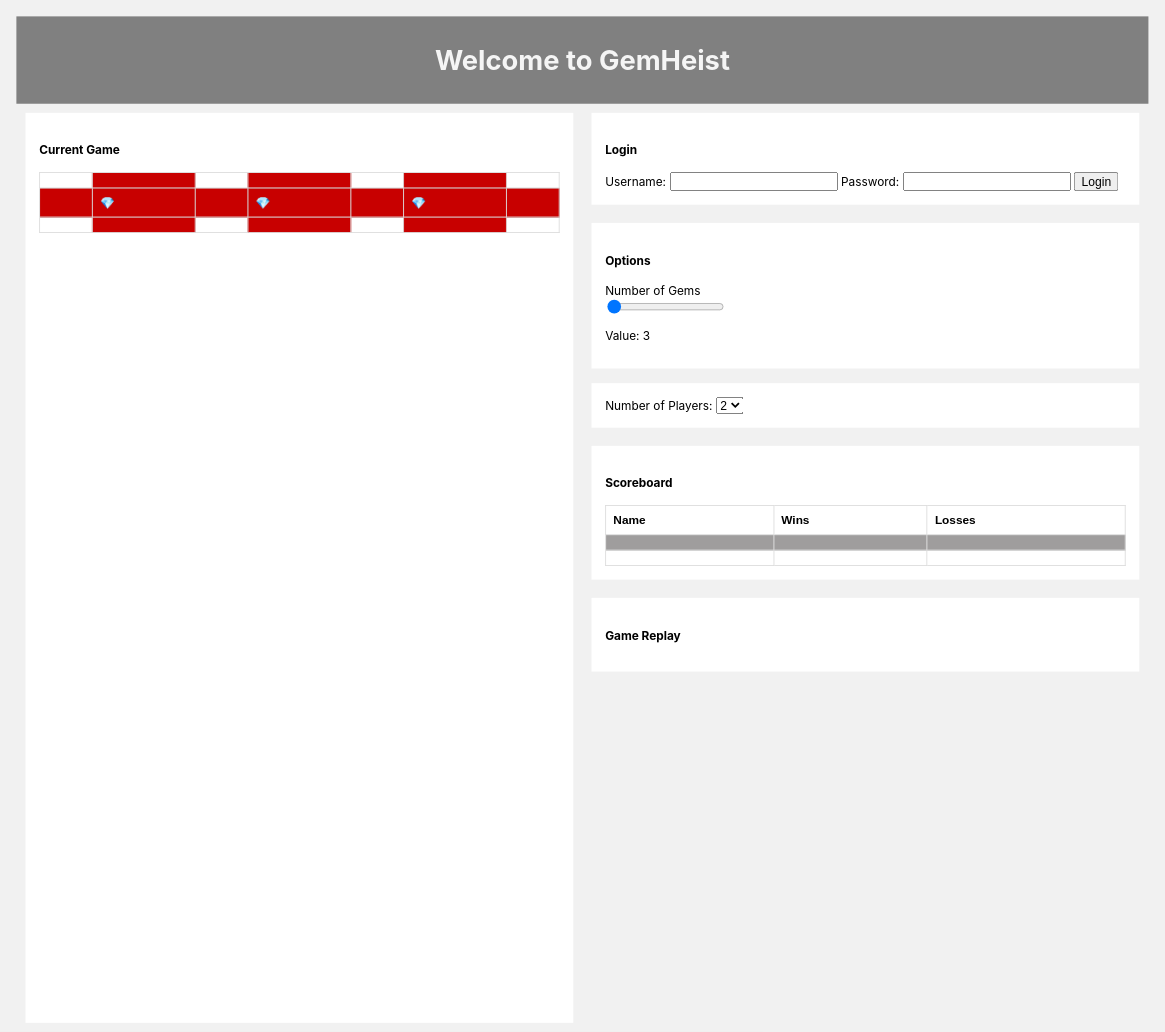
Repository: komalharjani/Gem-Heist
Page: board.html
The author's editor kept a copy of each file at every save. The page is drawn from the files as they stood at one save, then again after the next save.
The browser window is 1280 px wide. The pictures show the whole page, at 91% of full size.

Above is the page before, as saved 2020-04-09 13:00:22.

### board.html
<!DOCTYPE html>
<html>

<head>
    <link rel="stylesheet" href="style.css">
</head>

<body>
    <!--Header-->
    <div class="header">
        <h2>Welcome to GemHeist</h2>
    </div>

    <!--Current Game-->
    <div class="centercolumn">
        <div class="card" style="height:1000px">
            <h4 id="gameTitle">Current Game</h4>
            <div class="yaks" id="game">
            </div>
        </div>
    </div>
    <!--Login -->
    <div class="centercolumn" id="scoreboard">
        <div class="card">
            <h4>Login</h4>
            <div class="yaks">
                <label for="fname">Username:</label>
                <input type="text" id="fname" name="fname">
                <label for="lname">Password:</label>
                <input type="text" id="lname" name="lname">
                <input type="submit" value="Login">
            </div>
        </div>
    </div><br>
    </div>

    <!--Options -->
    <div class="rightcolumn">
        <div class="card">
            <h4>Options</h4>
            <div class="yaks">
                <div class="slidecontainer">
                    <label for="myRange">Number of Gems</label></br>
                    <input type="range" min="3" max="20" value="3" class="slider" id="myRange">
                    <p>Value: <span id="demo"></span></p>
                </div>
            </div>
                <script>
                    var slider = document.getElementById("myRange");
                    var output = document.getElementById("demo");
                    output.innerHTML = slider.value;
                    document.getElementById("myRange").step = "3";
                    slider.oninput = function () {
                        output.innerHTML = this.value;
                    }
                </script>
            </div></br>
            <div class="card">
                <div class="yaks">
                    <label for="noPlayers">Number of Players:</label>
                    <select id="noPlayers">
                        <option value="2">2</option>
                        <option value="3">3</option>
                        <option value="4">4</option>
                        <option value="5">5</option>
                    </select>
                </div>
            </div>
    </div><br>
    </div>

    <!--Scoreboard - change to dynamic -->
    <div class="rightcolumn">
        <div class="card">
            <h4>Scoreboard</h4>
            <div class="yaks" id="scoreboard">
                <table>
                    <tr>
                        <th>Name</th>
                        <th>Wins</th>
                        <th>Losses</th>
                    </tr>
                    <tr>
                        <td> </td>
                        <td> </td>
                        <td> </td>
                    </tr>
                    <tr>
                        <td> </td>
                        <td> </td>
                        <td> </td>
                    </tr>
                </table>

            </div>
        </div>
    </div><br>
    </div>

    <!--Scoreboard -->
    <div class="rightcolumn">
        <div class="card">
            <h4>Game Replay</h4>
            <div class="yaks">
                <!--Content Here-->
            </div>
        </div>
    </div><br>
    </div>



    <!--JAVASCRIPT -->
    <script src="model_Board.js"></script>
</body>

</html>

### style.css
* {
    box-sizing: border-box;
  }

  /* Add a gray background color with some padding */
  body {
    font-family: -apple-system, BlinkMacSystemFont, 'Segoe UI', Roboto, Oxygen, Ubuntu, Cantarell, 'Open Sans', 'Helvetica Neue', sans-serif;
    padding: 10px;
    background: #f1f1f1;
    font-size: 13px;
  }
  table {
    font-family: arial, sans-serif;
    border-collapse: collapse;
    width: 100%;
  }

  td, th {
    border: 1px solid #dddddd;
    text-align: left;
    padding: 8px;
  }

  tr:nth-child(even) {
    background-color: #dddddd;
  }
  /* Header Title */
  .header {
    padding: 5px;
    font-size: 20px;
    text-align: center;
    background: grey;
    color: whitesmoke;
  }

  .login {
    width:300px;
    height:150px;
    position: fixed;
    top: 50%;
    left: 50%;
    margin-top: -125px;
    margin-left: -150px;
  }


  /* Alerts and Gems */

  .gem {
    background-color: white;
    justify-content: center;
  }

  .gem:hover {
    background-color: rgb(240, 240, 240);
  }

  .alarm {
    background-color: rgb(200, 0, 0);
  }

  .white {
    background-color: white;
  }

  .empty {
    background-color: white;
  }

  .alarm:hover {
    background-color: rgb(136, 0, 0);
  }

  /* Split Screen into Columns */

  .rightcolumn {
    float: right;
    width: 50%;
    padding: 10px;
  }

  .centercolumn {
    float: left;
    width: 50%;
    padding: 10px;
  }

  .box {
    background-color: whitesmoke;
    width: 100%;
    padding: 15px;
  }

  .voteFilter {
    background-color: black;
    width: 100%;
    padding: 15px;
  }

  .card {
     background-color: white;
     padding: 15px;
  }

  .row:after {
    content: "";
    display: table;
    clear: both;
  }

  /* Footer */
  .footer {
    padding: 20px;
    text-align: center;
    background: #ddd;
    margin-top: 20px;
  }

  /* Responsive layout - when the screen is less than 800px wide, make the two columns stack on top of each other instead of next to each other */
  @media screen and (max-width: 800px) {
    .leftcolumn, .rightcolumn {
      width: 100%;
      padding: 0;
    }
  }

  tr:nth-child(even) {
    background-color: #3b37377c;
  }

### model_Board.js
/**
 * Variables
 */
const width = 7;
var gemChar = '&#128142';
var noGems = document.getElementById("myRange").value;
height = (2 / 3 * noGems) + 1;

/**
 * Declare Arrays for Drawing Board...
 */
var pieces = [];
for (var i = 0; i < height; i++) {
    pieces[i] = [];
}

var currState = [];
for (var i = 0; i < height; i++) {
    currState[i] = [];
    for(var j=0; j < width; j++) {
        currState[i].push(true);
    }
}
console.log(currState);

//array of state of board


/**
 * Function to Draw Board
 */
//synchronise with model
//if true draw alarm else draw
function drawBoard() {
    //Create rows and tables according to specified height and width
    var table = document.createElement("table");
    for (var i = 0; i < height; i++) { //loop through height
        var row = document.createElement('tr'); //create rows for each height
        for (var j = 0; j < width; j++) { //loop through width
            var cell = document.createElement('td'); //create columns for each width
            pieces[i].push(cell);
            cell.setAttribute("row", i);
            cell.setAttribute("col", j);

            //Identify Gem Cells
            if (currState[i][j] == true) {
            if (j % 2 && i % 2) {
                cell.innerHTML = gemChar;
                cell.className = "gem";
                //example - move out later to follow after alarm captured
                cell.addEventListener('click', function (event) { //disable after clicked + how to pass row and col
                    //this.innerHTML = "name";
                })
            }
        }
            //Identify Alarms
            if (currState[i][j] == true && (j % 2 || i % 2)){
                 if (j % 2 || i % 2) {
                cell.className = "alarm";
                cell.addEventListener('click', function (event) { //disable after clicked + how to pass row and col
                    this.className = "white";
                    captureAlarm(this);
                    event.preventDefault();
                })
                 }
            else {
                cell.className = "white";
            }
        }
            row.appendChild(cell);
        }
        table.appendChild(row);
    }
    document.body.appendChild(table);

    //display in this div
    let divContainer = document.getElementById("game");
    divContainer.innerHTML = "";
    divContainer.appendChild(table);
}

console.log(currState);

drawBoard();

//free of HTML elements
function captureAlarm() {
    let currRow = event.target.getAttribute("row"); //curr row
    let currCol = event.target.getAttribute("col"); //curr col
    let alarmsAroundEvent = [];
    let gemsFound = [];
    let leftCell;
    let rightCell;
    let upCell;
    let downCell;
    let one = 1;
    let alarmsAroundGemsFound = [];

    currState[currRow][currCol] = (false); //bind false to cell.className = "white";
    //add move to replay

    if (currRow - 1 >= 0) {
        upCell = pieces[currRow - 1][currCol];
        alarmsAroundEvent.push(upCell);
    } if (currCol - 1 >= 0) {
        leftCell = pieces[currRow][currCol - 1];
        alarmsAroundEvent.push(leftCell);
    } if (currRow + 1 < height) {
            downCell = pieces[currRow+1][currCol];
            alarmCheck.push(downCell);
    } if (currCol < width) {
    //     rightCell = [currRow][currCol+1];
    //     alarmCheck.push(rightCell);
    }

    console.log(upCell);
    console.log(leftCell);
    console.log(alarmsAroundEvent);
    //}

    //loop 1 find gems around alarms
    for (let i = 0; i < alarmsAroundEvent.length; i++) {
        if (alarmsAroundEvent[i].className == "gem") {
            gemsFound.push(alarmsAroundEvent[i]);
        }
    }

    //loop 2 - check for alarms around each gem to see if gem should be captured
    for (let i = 0; i < gemsFound.length; i++) {
        let gemRow = gemsFound[i].getAttribute("row");
        let gemCol = gemsFound[i].getAttribute("col");

        let alarmUp = (pieces[gemRow - 1][gemCol]);
        let alarmLeft = (pieces[gemRow][gemCol - 1]);
        //let alarmRight = (pieces[gemRow + 1][gemCol]);
        //let alarmDown = (pieces[gemRow + 1][gemCol]);

        alarmsAroundGemsFound.push(alarmUp, alarmLeft);

        for (let j = 0; j < alarmsAroundGemsFound.length; j++) {
            if (alarmsAroundGemsFound[i].className == "white") {
                alarmsAroundGemsFound.pop[i];
            }
        }
        console.log(alarmsAroundGemsFound);

        if (alarmsAroundGemsFound.length == 0) {
            gemsFound.className = "white";
            gemsFound.innerHTML = "name";
            //add move to replay
            //currState[gemRow][gemCol] = (false);
            //model.Player.score++;
            declareWinner();
        }
        else {
            //Next Turn
        }

    }

}

function declareWinner() {
    let gemsToWin = player.length / noGems;
    if (player.score = gemsToWin) {
        //alert
        //kill game
        //update leagueboard
    }
    else {
        //next turn
    }
}

//1. seperate state and draw board function
//2. fix the row and col
//3. move to main

After the next save:
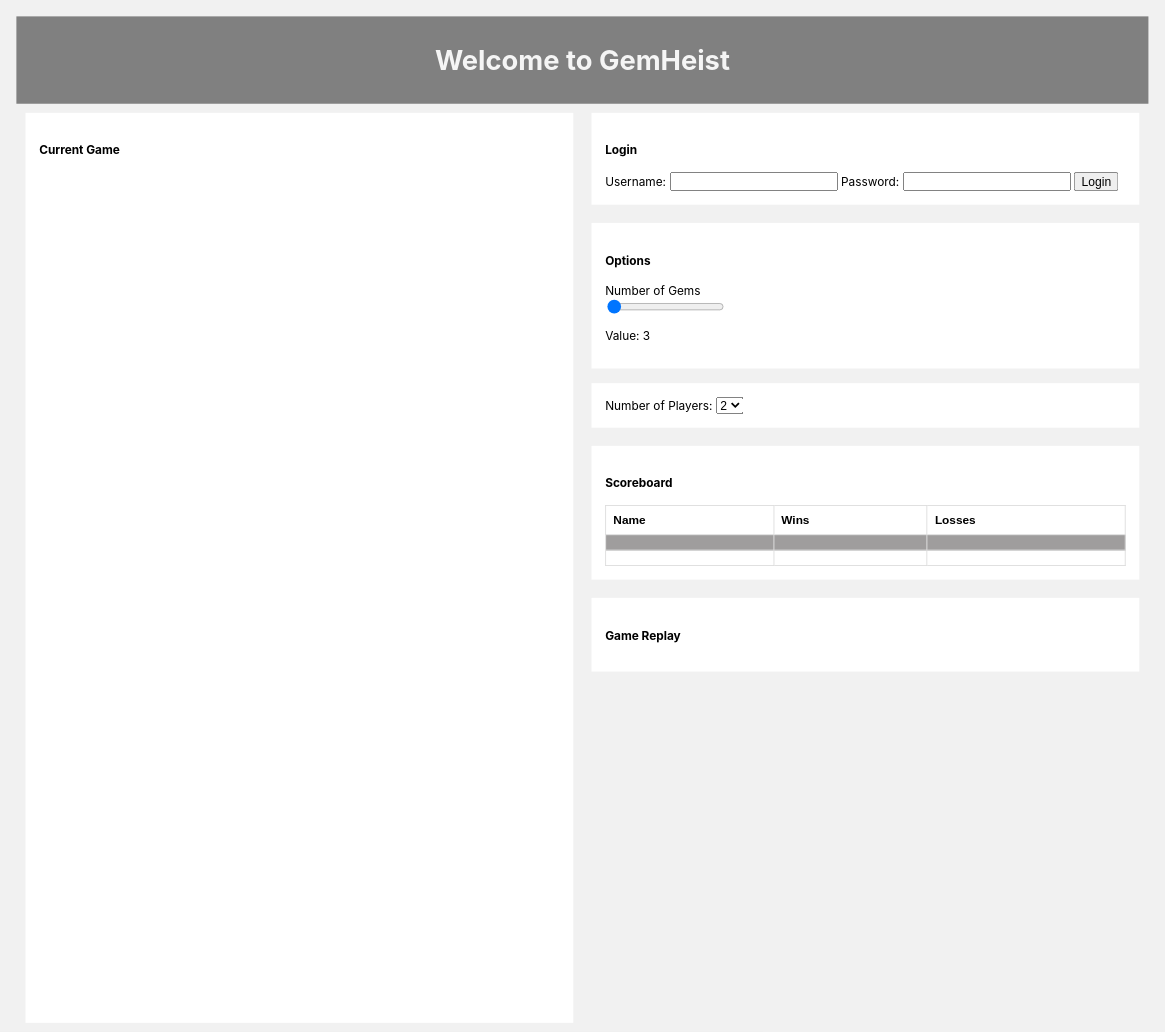
Console error: SyntaxError: Unexpected end of input
Saved 28 s later.
--- a/model_Board.js
+++ b/model_Board.js
@@ -52,9 +52,7 @@ function drawBoard() {
                     //this.innerHTML = "name";
                 })
             }
-        }
             //Identify Alarms
-            if (currState[i][j] == true && (j % 2 || i % 2)){
                  if (j % 2 || i % 2) {
                 cell.className = "alarm";
                 cell.addEventListener('click', function (event) { //disable after clicked + how to pass row and col
@@ -66,7 +64,6 @@ function drawBoard() {
             else {
                 cell.className = "white";
             }
-        }
             row.appendChild(cell);
         }
         table.appendChild(row);
